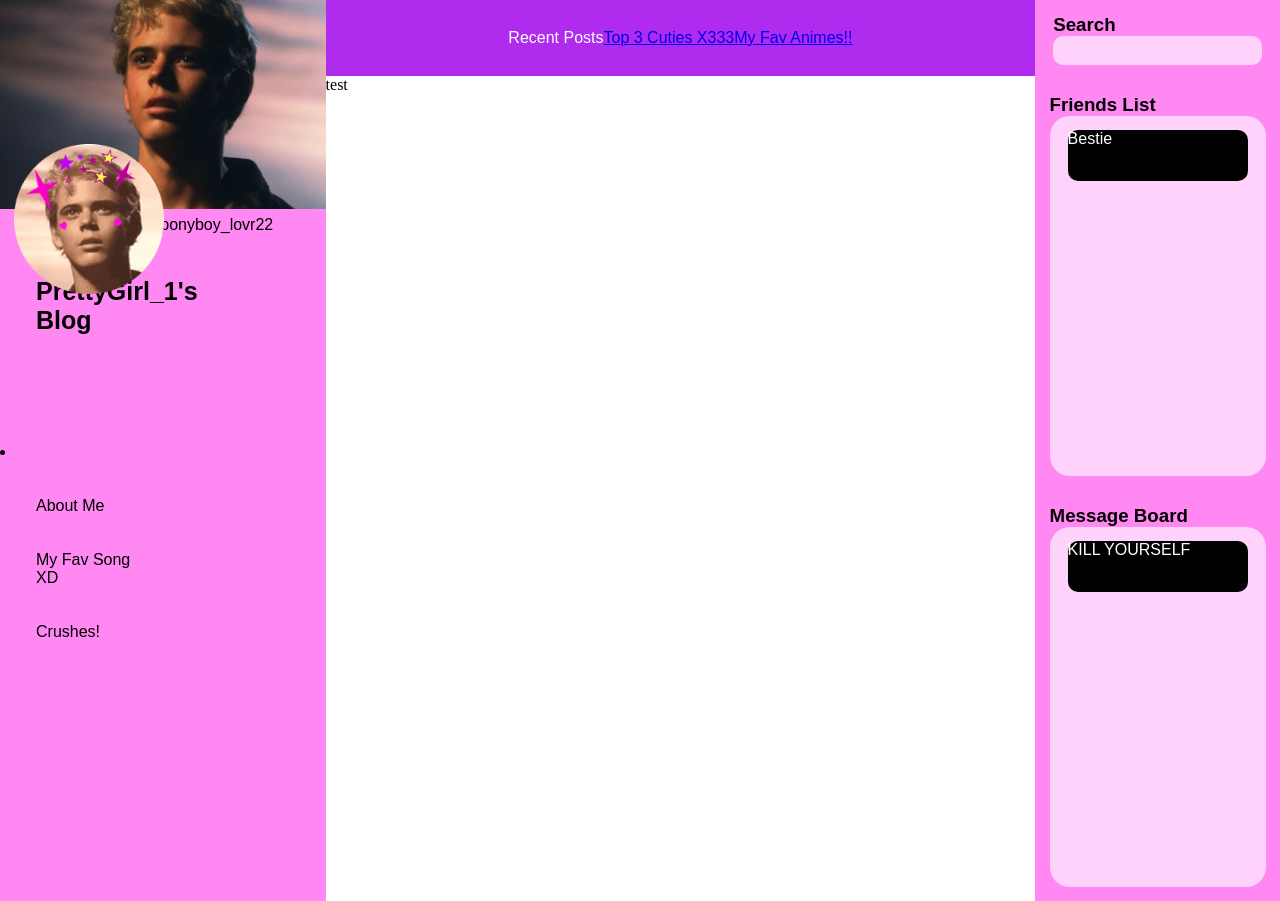
Repository: Jennica1/Frontend-Final
Page: index.html
The author's editor kept a copy of each file at every save. The page is drawn from the files as they stood at one save, then again after the next save.
The browser window is 1280 px wide. The pictures show the whole page.

Above is the page before, as saved 2024-05-16 20:53:44.

### index.html
<!DOCTYPE html>
<html lang="en">

<head>
  <title>My Blog!!</title>
  <meta charset="UTF-8">
  <meta name="viewport" content="width=device-width, initial-scale=1">
  <link rel="stylesheet" href="style.css">
</head>

<body>
  <div class="content">

    <div class="flexbox">

      <div class="sidebar-wrapper">

        <!--Side Nav Left-->
        <div class="sidebar-left">
          <img src="images/ponyboy.png" class="profile" width="150px" />
          <img src="images/background-image.jpg" alt="background image" class="background-photo" />
          <p class="username">@ponyboy_lovr22</p>
          <p class="nickname">PrettyGirl_1's Blog</p>
          <li class="sidebar-list">
            <ul class="item">About Me</ul>
            <ul class="item">My Fav Song XD</ul>
            <ul class="item">Crushes!</ul>
          </li>
        </div>
      </div>



      <div class="centre-content"> <!-- PUT ALL MAIN CONTENT BELOW THE HEADER -->
        <!-- Header -->
        <header class="header">
          <li class="content-list">
            <ul>Recent Posts</ul>
            <ul><a class="rating-link" href="topThree.html">Top 3 Cuties X333</a></ul>
            <ul><a class="anime-link" href="anime.html">My Fav Animes!!</a></ul>
          </li>
        </header>

        <!-- main content -->
        <div class="main-content">
          <p>test</p>
        </div>
      </div>

      <!-- Pagination
    <div class="">
      <div class="">
        <a href="#" class="">«</a>
        <a href="#" class="">1</a>
        <a href="#" class="">2</a>
        <a href="#" class="">3</a>
        <a href="#" class="">4</a>
        <a href="#" class="">»</a>
      </div>
    -->
      <!--Side Nav Right-->
      <div class="sidebar-right">
        <form>
          <h3>Search</h3>
          <input type="text" class="search-bar">
        </form>
        <div class="friends-list">
          <h3>Friends List</h3>
          <div class="friends-container">
            <div class="friend">
              <p style="color: white;">Bestie</p>
            </div>
          </div>
        </div>
        <div class="message-board">
          <h3>Message Board</h3>
          <div class="message-board-container">
            <div class="message">
              <p style="color: white;">KILL YOURSELF</p>
            </div>
          </div>
        </div>
      </div>
    </div>


  </div>
  </div>
</body>

</html>

### style.css
* {
  margin: 0;
  padding: 0;
}

.content {
  display: flex;
  flex-direction: column;
}

.flexbox {
  display: flex;
  flex-direction: row;
  justify-content: space-between;
  gap: 0;
}

.sidebar-wrapper {
  display: flex;
  justify-content: center;
  height: auto;

}

.sidebar-left {
  display: flex;
  flex-direction: column;
  position: relative;
  background-color: #FF88F3;
  z-index: 0;
  padding-right: 9.1rem;
  width: 25vh;
  font-family: Arial;
}

.profile {
  z-index: 1;
  position: absolute;
  margin-top: 20vh;
  margin-left: 2vh;
}

.background-photo {
  position: absolute;
  top: 0;
  left: 0;
  width: 100%;
  height: 29vh;
  object-fit: cover;

}

.background-container {
  width: 100%;
}

.username {
  margin-top: 30vh;
  margin-left: 20vh;
}

.nickname {
  font-size: 25px;
  margin-top: 6vh;
  margin-left: 5vh;
  width: 100%;
  font-weight: BOLD;
}

.sidebar-list {
  margin-top: 15vh;
}

.item {
  margin: 5vh;
}

.content-list {
  display: flex;
  margin: 4vh;
}


.sidebar-right {
  background-color: #FF88F3;
  z-index: 0;
  width: 30vh;
  display: flex;
  flex-direction: column;
  align-items: center;
  padding: 2vh;
  font-family: Arial;
}

.search-bar {
  width: 29vh;
  height: 4vh;
  border-radius: 10px;
  border: transparent;
  background-color: #FFD2FB;
}
.friends-list {
  height: auto;
  margin-top: 4vh;
}

.friends-container {
  width: 30vh;
  height: 50vh;
  background-color: #FFD2FB;
  border-radius: 20px;
  display: flex;
  justify-content: center;
}


.friend {
  width: 25vh;
  height: 7vh;
  border-radius: 10px;
  background-color: black;
  margin: 2vh;
}

.message-board-container {
  width: 30vh;
  height: 50vh;
  background-color: #FFD2FB;
  border-radius: 20px;
  display: flex;
  justify-content: center;
}

.message-board {
  margin-top: 4vh;

}

.message {
  width: 25vh;
  height: 7vh;
  border-radius: 10px;
  background-color: black;
  margin: 2vh;
}

.header {
  background-color: #AF2BEE;
  color: #ffffff;
  display: flex;
  justify-content: center;
  font-family: Arial;
}

.centre-content {
  width: 100%;
  display: flex;
  flex-direction: column;
}

.main-content {

}

After the next save:
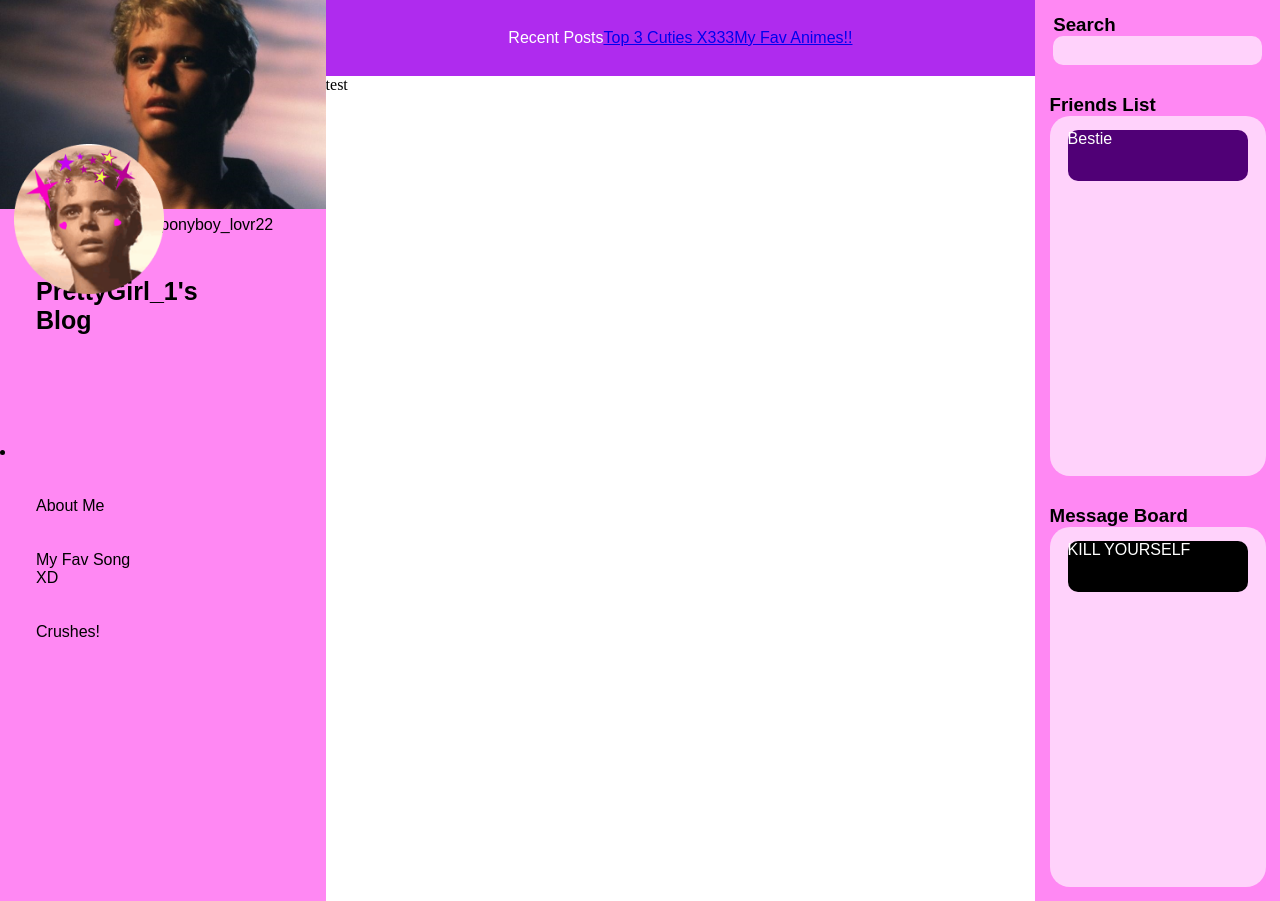
Saved 35 s later.
--- a/style.css
+++ b/style.css
@@ -118,7 +118,7 @@
   width: 25vh;
   height: 7vh;
   border-radius: 10px;
-  background-color: black;
+  background-color: #500076;
   margin: 2vh;
 }
 
